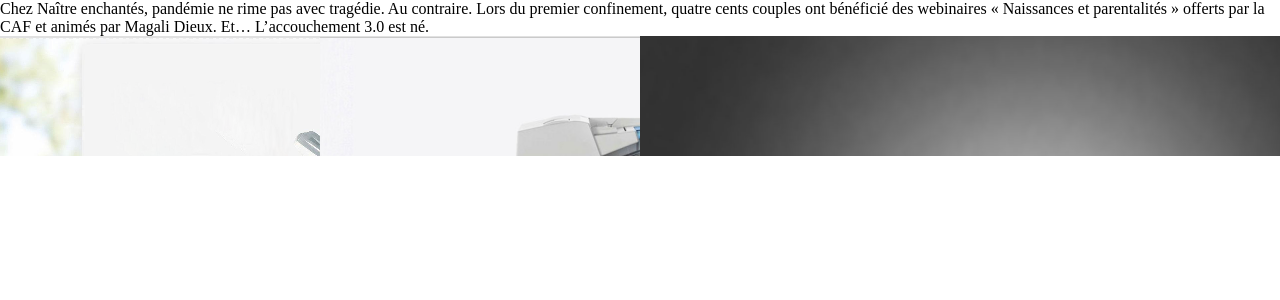
Repository: clairedupuich/kong_jian
Page: sllider_simple/index.html
These files come from the project's save history. The page is drawn as it stood at one moment and after the next save; the edit follows.
The browser window is 1280 px wide. The pictures show the whole page.

Above is the page before, as saved 2020-12-07 22:36:20.

After the next save:
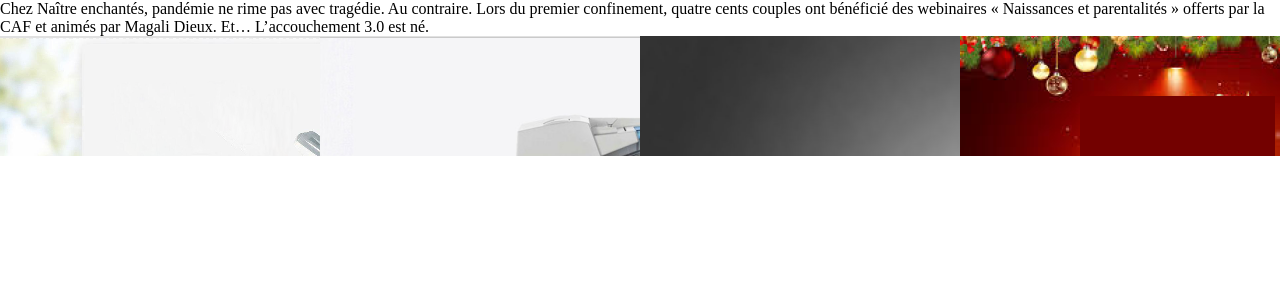
Saved 44 s later.
--- a/sllider_simple/style.css
+++ b/sllider_simple/style.css
@@ -26,7 +26,7 @@ ul {
 
 #img_list {
     position: absolute;
-    width: 960px;
+    width: 100%;
 }
 
 #img_list li {
